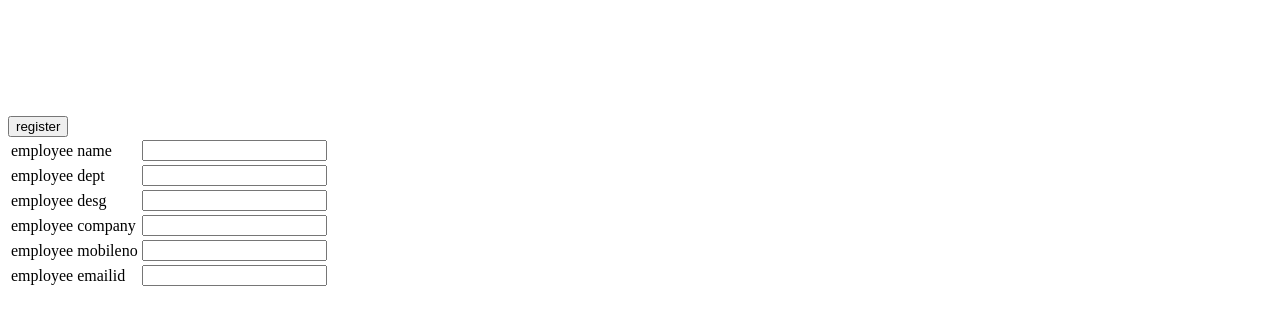
Repository: venkatasuryarameshbabu/palmetopractice
Page: webproject/WebContent/reg.html
These files come from the project's save history. The page is drawn as it stood at one moment and after the next save; the edit follows.
The browser window is 1280 px wide. The pictures show the whole page.

Above is the page before, as saved 2020-02-06 05:05:50.

After the next save:
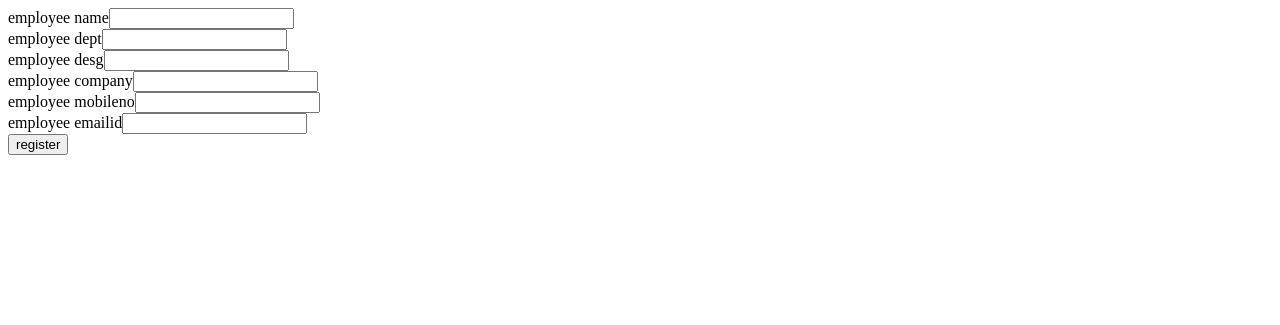
Saved 6 min 18 s later.
--- a/webproject/WebContent/reg.html
+++ b/webproject/WebContent/reg.html
@@ -6,15 +6,13 @@
 </head>
 <body>
 <form action="http://localhost:8081/webproject/registrationservlet">
-<table>
-<tr><td>employee name</td><td><input type="text" name="name"/></td></tr></br>
-<tr><td>employee dept</td><td><input type="text" name="dept"/></td></tr></br>
-<tr><td>employee desg</td><td><input type="text" name="desg"/></td></tr></br>
-<tr><td>employee company</td><td><input type="text" name="company"/></td></tr></br>
-<tr><td>employee mobileno</td><td><input type="text" name="mobile"/></td></tr></br>
-<tr><td>employee emailid</td><td><input type="text" name="email"/></td></tr></br>
+employee name</td><td><input type="text" name="name"></br>
+employee dept</td><td><input type="text" name="dept"></br>
+employee desg</td><td><input type="text" name="desg"></br>
+employee company</td><td><input type="text" name="company"></br>
+employee mobileno</td><td><input type="text" name="mobile"></br>
+employee emailid</td><td><input type="text" name="email"></br>
       <input type="submit" value="register">
-   </table>
 </form>
 </body>
 </html>
